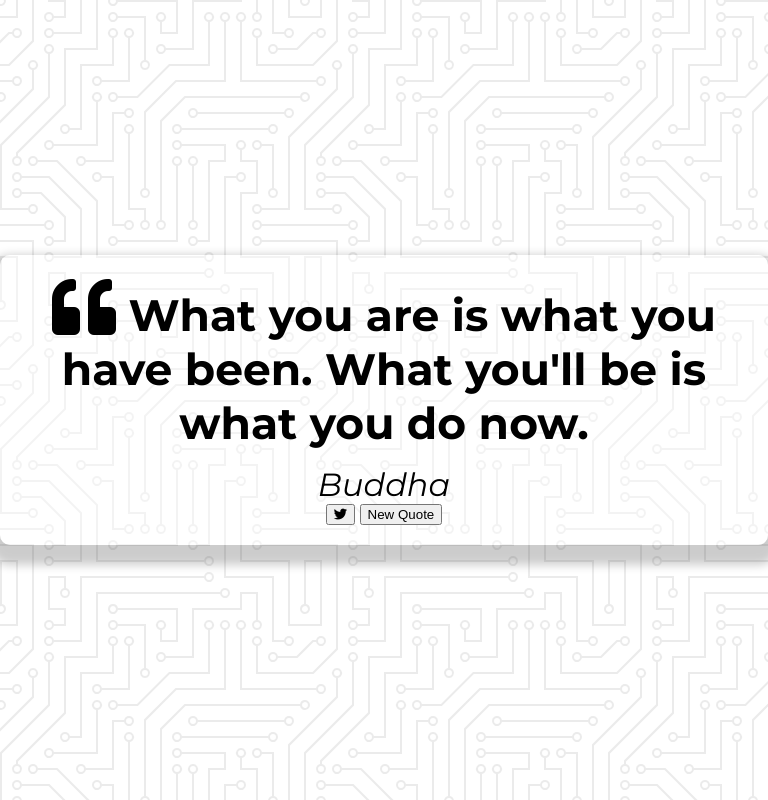
Repository: Badynko/quote-generator
Page: index.html
An editor plug-in stored every save of this project. The page is shown before and after the next save, followed by the edit.
The browser window is 768 px wide. The pictures show the whole page.
Some web libraries are served in a nearby version.

Above is the page before, as saved 2024-05-08 18:35:55.

After the next save:
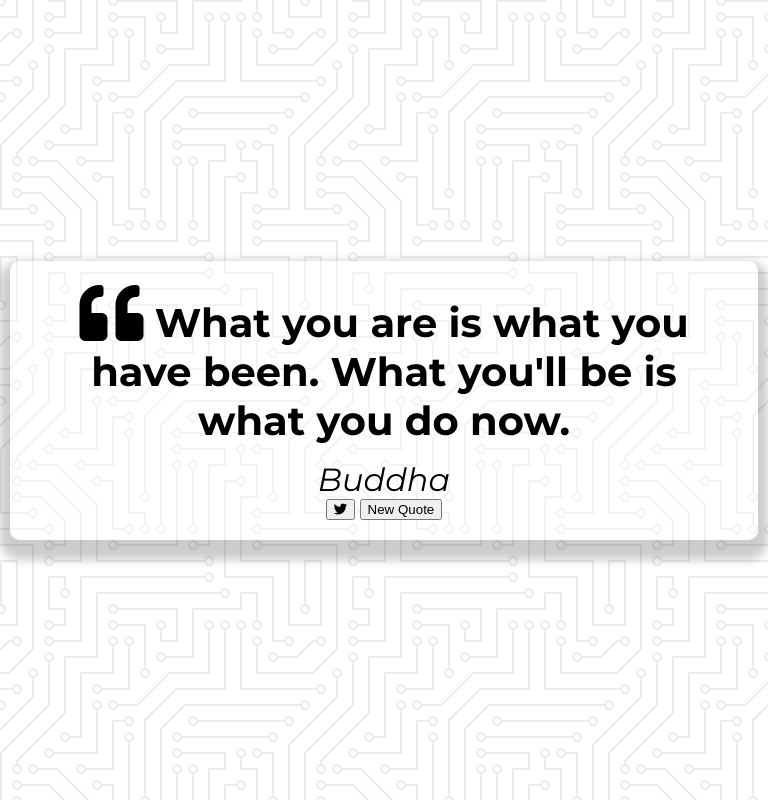
Saved 112 s later.
--- a/style.css
+++ b/style.css
@@ -45,3 +45,14 @@ body {
   font-weight: 400;
   font-style: italic;
 }
+
+/* Media Query: Tablet or Smaller */
+@media screen and (max-width: 1000px) {
+  .quote-container {
+    margin: auto 10px;
+  }
+
+  .quote-text {
+    font-size: 2.5rem;
+  }
+}
